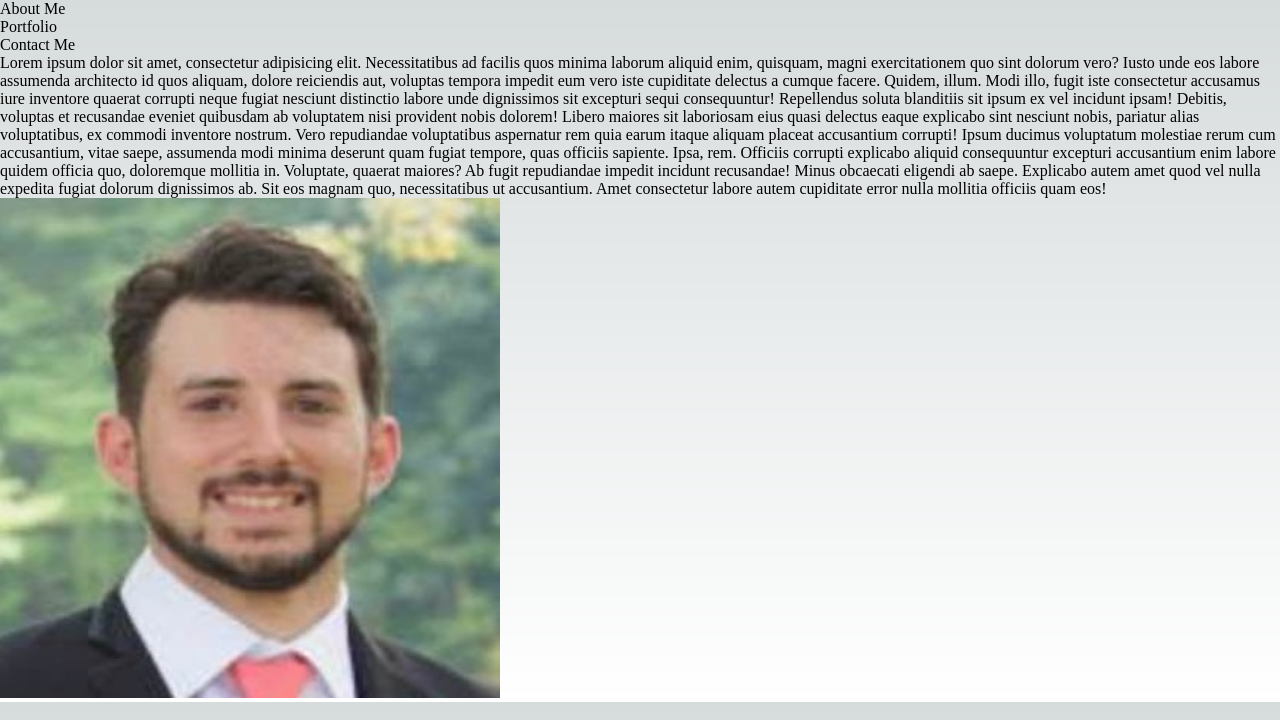
Repository: Pauldan1988/Reactfolio
Page: /
The author's editor kept a copy of each file at every save. The page is drawn from the files as they stood at one save, then again after a run of saves.
The browser window is 1280 px wide. The pictures show the whole page.
The project was rebuilt for these pictures with package versions that can differ from the ones it lists, and the page was loaded fresh each time. The framework's server and built-in components were replaced by stand-ins that run in the browser. Also part of the build but not shown: next.config.js.

Above is the page before, as saved 2023-04-07 14:22:54.

After the next 2 saves:
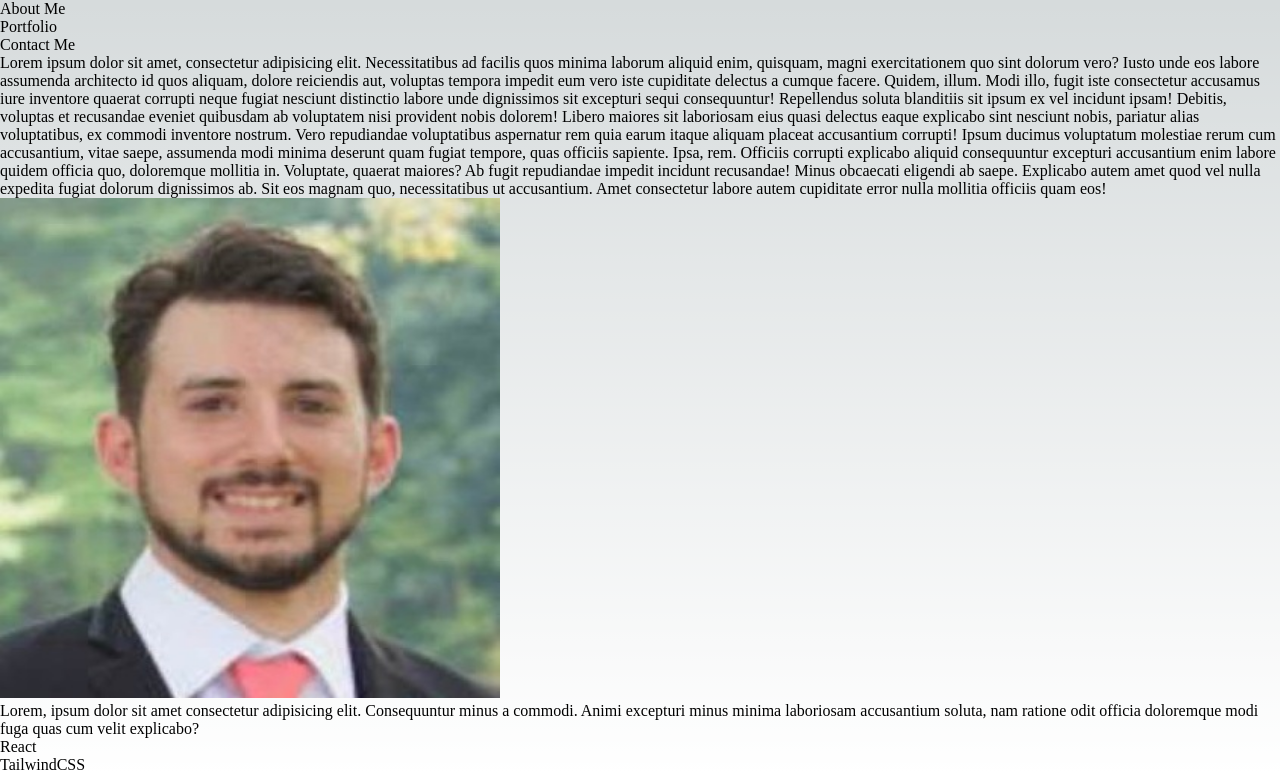
The 2 saves are shown as one change because they came seconds apart.
The last was saved 8 s later.
--- a/src/pages/index.tsx
+++ b/src/pages/index.tsx
@@ -1,6 +1,7 @@
 import Desc from '@/components/desc'
 import HeroImage from '@/components/hero-image'
 import Layout from '@/components/layout'
+import TechList from '@/components/tech-list'
 import Head from 'next/head'
 
 
@@ -16,7 +17,7 @@ export default function Home() {
       <Layout>
         <Desc/>
         <HeroImage/>
-
+        <TechList/>
       </Layout>
 
     </>
